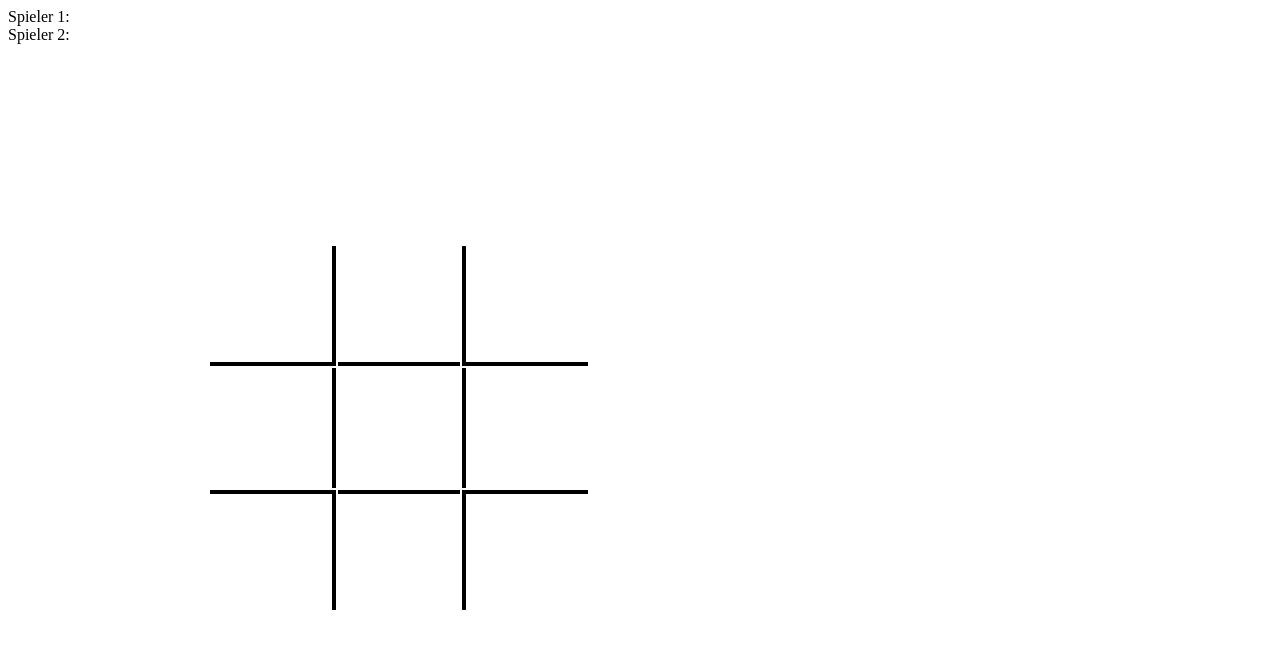
Repository: BKMaster94/Proggen_testat_2
Page: Proggen_testat_2/HTML/Index.html
An editor plug-in stored every save of this project. The page is shown before and after the next save, followed by the edit.
The browser window is 1280 px wide. The pictures show the whole page.

Above is the page before, as saved 2017-06-12 16:27:19.

### Proggen_testat_2/HTML/Index.html
<!DOCTYPE HEAD PUBLIC "-//W3C//DTD HTML 4.01 Transitional//EN" "http://www.w3.org/TR/html4/loose.dtd">
<HTML>
<HEAD>
	<meta name="Dokumentbe4schreibung" content="Index">
	<meta name="viewport" content="width=device-width, initial-sclae=1.0">
	<title>TicTacTo</title>

	<style>
	#table{
		font: bold 100px 'Comic Sans';
		margin-left:2em;
		margin-top:2em;
		display: table;
	}

	table tr th{
		width: 120px;
		height: 120px;
	}

	#S1Z_Eins{
		border-right: 4px solid black;
		border-bottom: 4px solid black;
	}
	#S1Z_Zwei
	{
		border-bottom: 4px solid black;
	}
	#S1Z_Drei
	{
		border-left: 4px solid black;
		border-bottom: 4px solid black;
	}
	#S2Z_Eins{
		border-right: 4px solid black;
	}
	#S2Z_Zwei
	{
		border-radius:: 2px;
	}
	#S2Z_Drei
	{
		border-left: 4px solid black;
		border-radius:: 2px;

	}
	#S3Z_Eins{
		border-right: 4px solid black;
		border-top: 4px solid black;
	}
	#S3Z_Zwei
	{
		border-top: 4px solid black;
	}
	#S3Z_Drei
	{
		border-left: 4px solid black;
		border-top: 4px solid black;
	}
	</style>
</HEAD>

<BODY>
<div> Spieler 1: </div> <div> Spieler 2: </div>

<div onClick(sendRequest()></div>



	<table id="table">
		<tr id="S_Eins">
			<th id="S1Z_Eins" onclick="WerlcherDarfClicken(this.id);"></th>
			<th id="S1Z_Zwei" onclick="WerlcherDarfClicken(this.id);"></th>
			<th id="S1Z_Drei" onclick="WerlcherDarfClicken(this.id);"></th>
		</tr>
		<tr id="S_Zwei">
			<th id="S2Z_Eins" onclick="WerlcherDarfClicken(this.id);"></th>
			<th id="S2Z_Zwei" onclick="WerlcherDarfClicken(this.id);"></th>
			<th id="S2Z_Drei" onclick="WerlcherDarfClicken(this.id);"></th>
		</tr>
		<tr id="S_Drei">
		 	<th id="S3Z_Eins" onclick="WerlcherDarfClicken(this.id);"></th>
			<th id="S3Z_Zwei" onclick="WerlcherDarfClicken(this.id);"></th>
			<th id="S3Z_Drei" onclick="WerlcherDarfClicken(this.id);"></th>
		</tr>

	</table>

</BODY>

<script type="text/javascript">
var player1 = true;
var player2 = false;

function WerlcherDarfClicken(el){
	if(player1 == true ){
		player2 = false;
		document.getElementById(el).innerHTML='x';
	}
	if(player2 == true){
		player1 = false;
		document.getElementById(el).innerHTML='o';
	}
}

function sendRequest(){



}

</script>
</HTML>

After the next save:
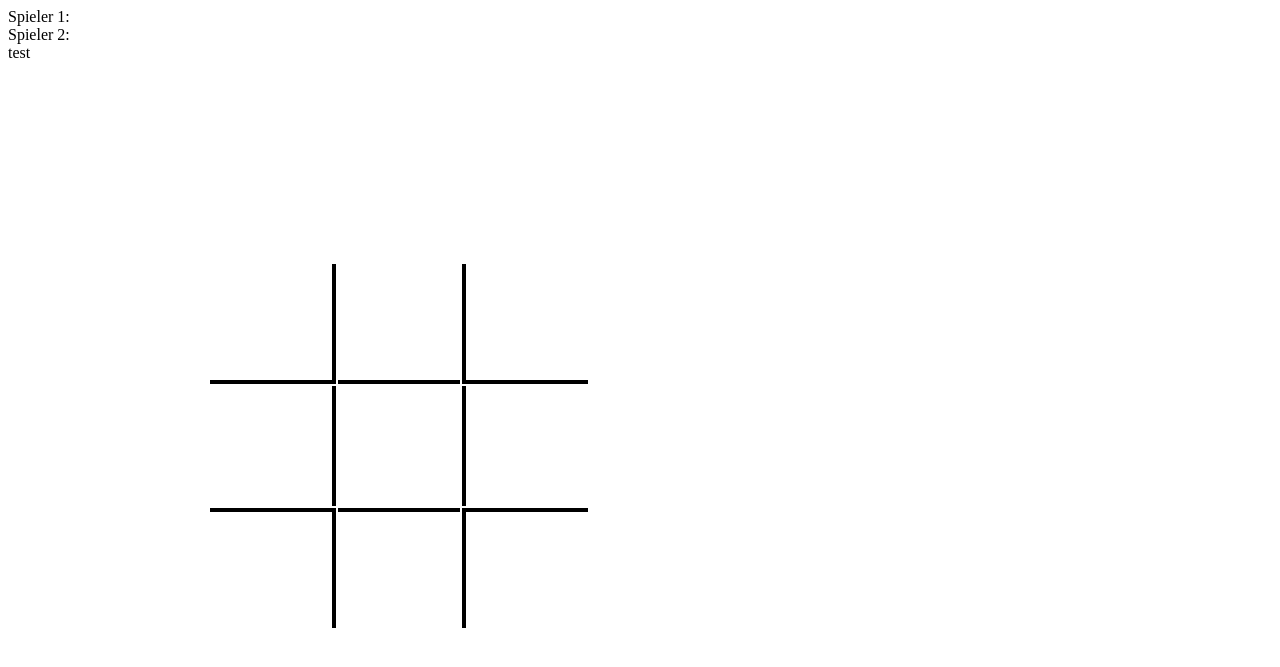
Saved 5 s later.
--- a/Proggen_testat_2/HTML/Index.html
+++ b/Proggen_testat_2/HTML/Index.html
@@ -63,7 +63,7 @@
 <BODY>
 <div> Spieler 1: </div> <div> Spieler 2: </div>
 
-<div onClick(sendRequest()></div>
+<div onClick(sendRequest()> test </div>
 
 
 
